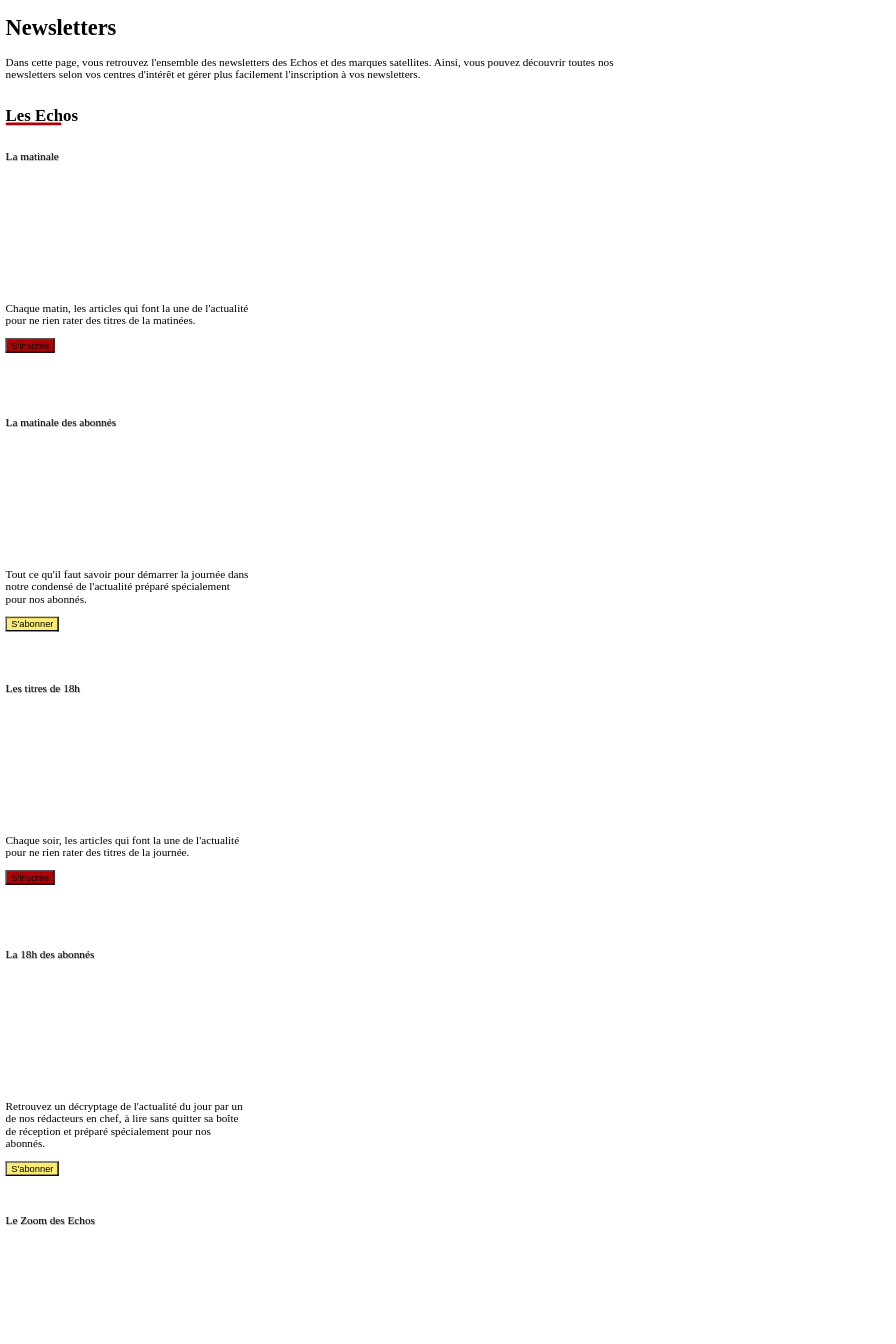
Repository: JeremyBeherec/technical-test-les-echos
Page: /
The author's editor kept a copy of each file at every save. The page is drawn from the files as they stood at one save, then again after the next save.
The browser window is 1280 px wide. The pictures show the part of the page from y = 0 to 1920 px (the page is 3694 px tall), at 70% of full size.
The project was rebuilt for these pictures with package versions that can differ from the ones it lists, and the page was loaded fresh each time. Also part of the build but not shown: vite.config.ts.

Above is the page before, as saved 2024-04-17 16:35:17.

After the next save:
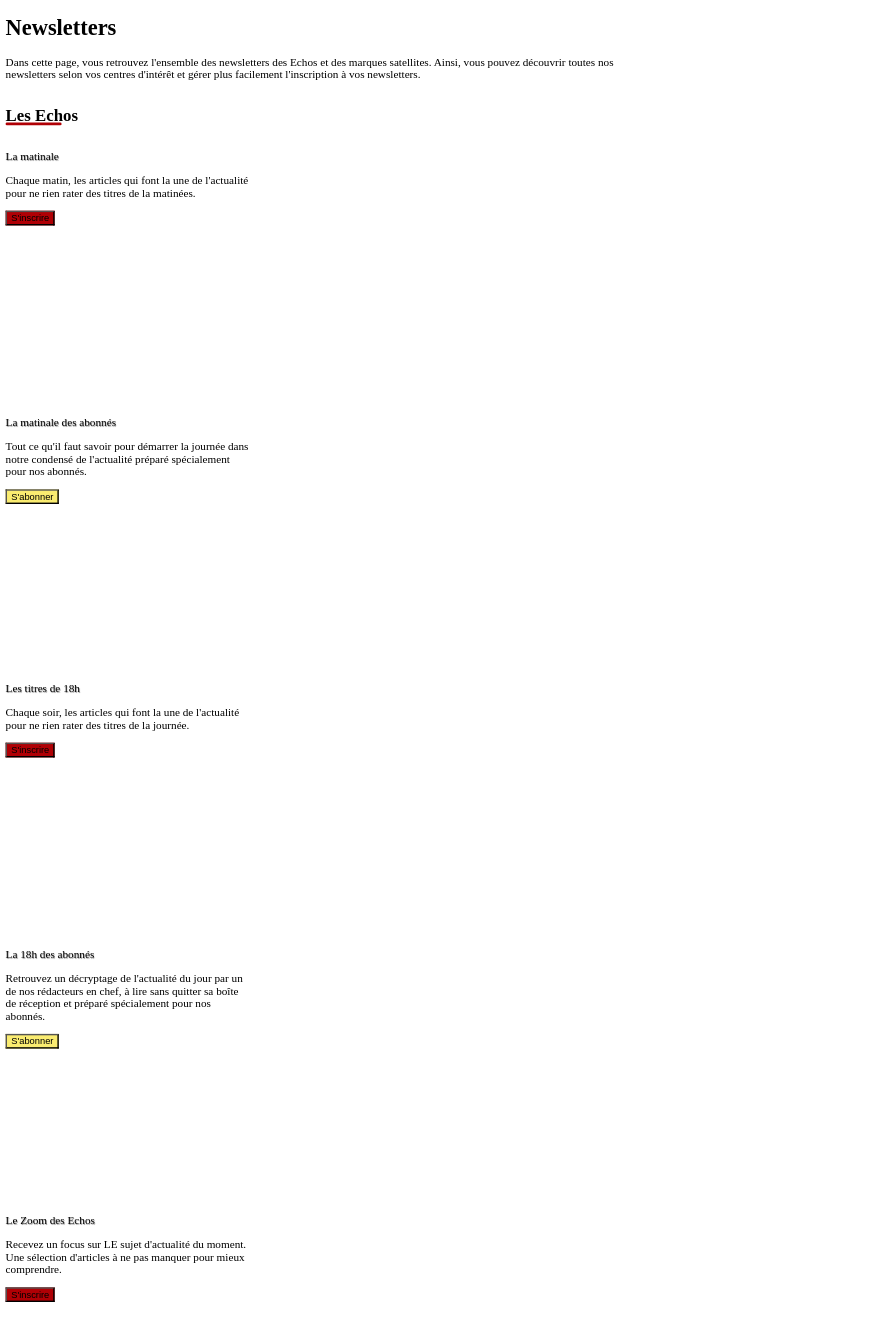
Saved 30 s later.
--- a/src/components/molecules/Article/Article.tsx
+++ b/src/components/molecules/Article/Article.tsx
@@ -23,7 +23,7 @@
   return (
     <article className="flex flex-col justify-between article">
       <div className="flex flex-col gap-4">
-        <div className="bg-gray-300 flex justify-center items-center" style={{ height: 200 }}>
+        <div className="bg-gray-300 flex justify-center items-center thumbnail-wrapper">
           <p className="text-white text-3xl font-bold text-center" style={{ textShadow: '1px 1px 1px #0006' }}>{title}</p>
         </div>
 

After the save that followed:
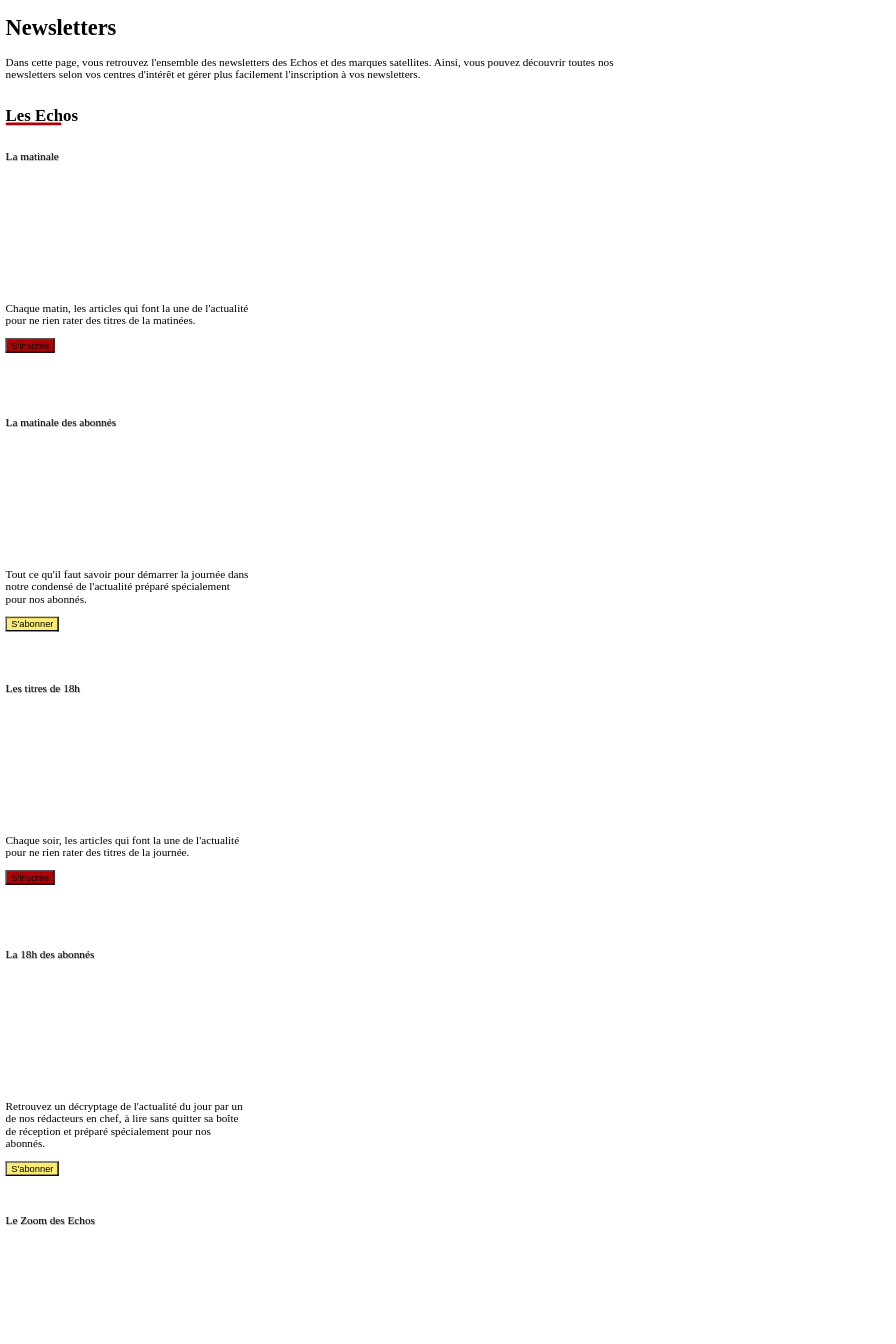
Saved 2 s later.
--- a/src/components/molecules/Article/Article.css
+++ b/src/components/molecules/Article/Article.css
@@ -1,6 +1,10 @@
 .article {
   width: 350px;
   height: 364px;
+}
+
+.thumbnail-wrapper {
+  height: 200px;
 }
 
 .register-button {
